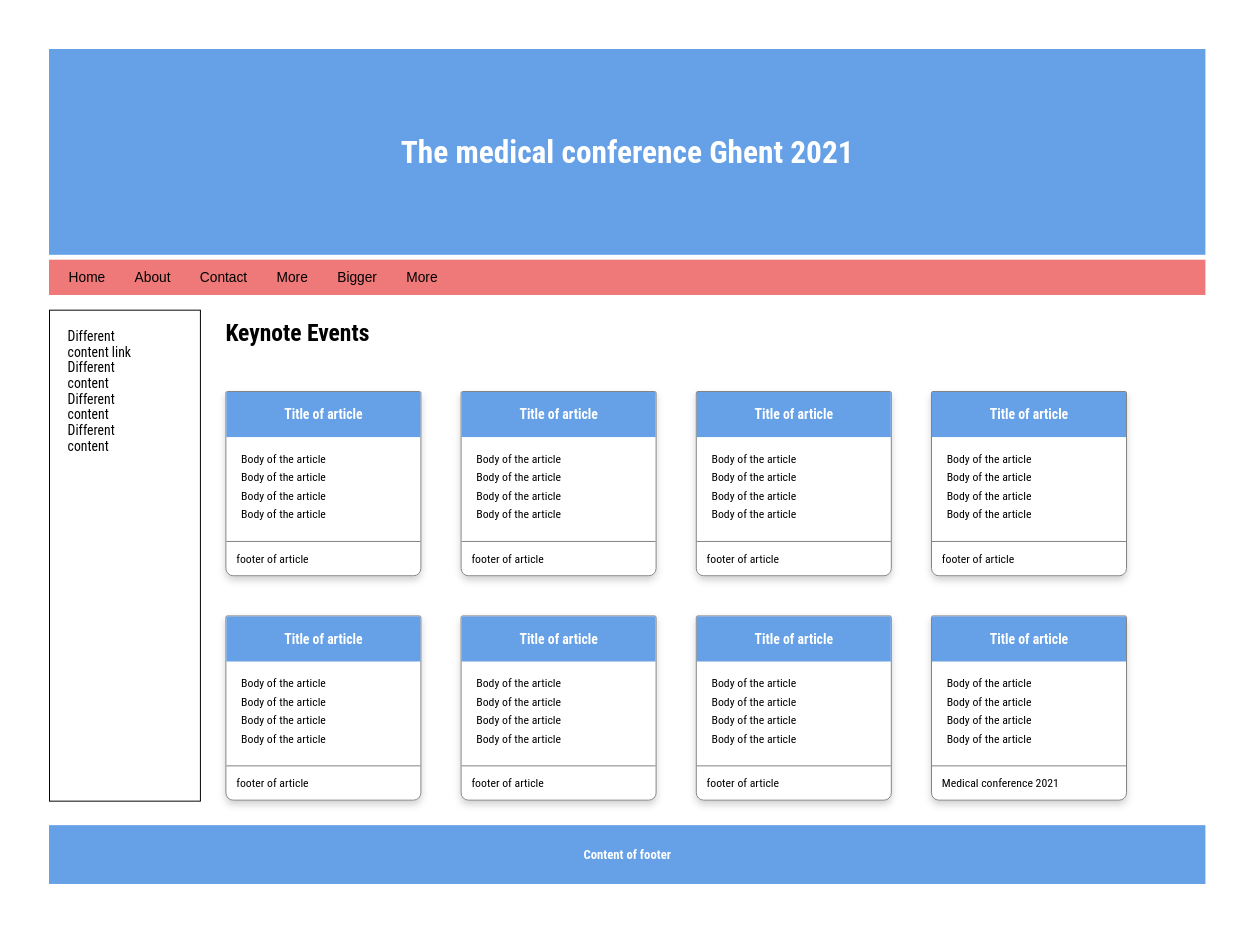
Repository: balderb/freestyle_pp_assessment
Page: index.html
These files come from the project's save history. The page is drawn as it stood at one moment and after the next save; the edit follows.
The browser window is 1280 px wide. The pictures show the whole page, at 98% of full size.

Above is the page before, as saved 2020-12-14 17:42:34.

### index.html
<!DOCTYPE html>
<html>

<head>
  <meta name="viewport" content="width=device-width, initial-scale=1" />
  <title>Medical conference</title>
  <link rel="icon" href="./img/shield.png">
  <link rel="stylesheet" href="css/base.css">
  <link rel="stylesheet" href="css/main.css">
  <!-- Remove this line for offline development: -->
  <link href="https://fonts.googleapis.com/css?family=Ubuntu:300" rel="stylesheet">
</head>

<body>
  <div class="grid">
    <header class="header">
      <h1>The medical conference Ghent 2021</h1>
    </header>
    <nav class="main-nav">
      <ul>
        <li><a href="#">Home</a></li>
        <li><a href="#"> About</a></li>
        <li><a href="#"> Contact</a></li>
        <li><a href="#"> More</a></li>
        <li><a href="#"> Bigger</a></li>
        <li><a href="#"> More</a></li>
      </ul>
    </nav>
    <aside class="sidebar">
      <p>Different</p>
      <p>content link</p>
      <p>Different</p>
      <p>content</p>
      <p>Different</p>
      <p>content</p>
      <p>Different</p>
      <p>content</p>
    </aside>
    <footer class="footer">
      <h4>Content of footer</h4>
    </footer>
    <!-- subgrid/flex html design -->
    <div class="content-title">
      <h2>Keynote Events</h2>
    </div>
    <main class="content">
      <div class="subgrid">
        <div class="card">
          <h3 class="card-title">Title of article</h3>
          <div class="card-body">
            <p class="card-text">Body of the article</p>
            <p class="card-text">Body of the article</p>
            <p class="card-text">Body of the article</p>
            <p class="card-text">Body of the article</p>
          </div>
          <footer class="card-footer">footer of article</footer>
        </div>
        <div class="card">
          <h3 class="card-title">Title of article</h3>
          <div class="card-body">
            <p class="card-text">Body of the article</p>
            <p class="card-text">Body of the article</p>
            <p class="card-text">Body of the article</p>
            <p class="card-text">Body of the article</p>
          </div>
          <footer class="card-footer">footer of article</footer>
        </div>
        <div class="card">
          <h3 class="card-title">Title of article</h3>
          <div class="card-body">
            <p class="card-text">Body of the article</p>
            <p class="card-text">Body of the article</p>
            <p class="card-text">Body of the article</p>
            <p class="card-text">Body of the article</p>
          </div>
          <footer class="card-footer">footer of article</footer>
        </div>
        <div class="card">
          <h3 class="card-title">Title of article</h3>
          <div class="card-body">
            <p class="card-text">Body of the article</p>
            <p class="card-text">Body of the article</p>
            <p class="card-text">Body of the article</p>
            <p class="card-text">Body of the article</p>
          </div>
          <footer class="card-footer">footer of article</footer>
        </div>
        <div class="card">
          <h3 class="card-title">Title of article</h3>
          <div class="card-body">
            <p class="card-text">Body of the article</p>
            <p class="card-text">Body of the article</p>
            <p class="card-text">Body of the article</p>
            <p class="card-text">Body of the article</p>
          </div>
          <footer class="card-footer">footer of article</footer>
        </div>
        <div class="card">
          <h3 class="card-title">Title of article</h3>
          <div class="card-body">
            <p class="card-text">Body of the article</p>
            <p class="card-text">Body of the article</p>
            <p class="card-text">Body of the article</p>
            <p class="card-text">Body of the article</p>
          </div>
          <footer class="card-footer">footer of article</footer>
        </div>

        <div class="card">
          <h3 class="card-title">Title of article</h3>
          <div class="card-body">
            <p class="card-text">Body of the article</p>
            <p class="card-text">Body of the article</p>
            <p class="card-text">Body of the article</p>
            <p class="card-text">Body of the article</p>
          </div>
          <footer class="card-footer">footer of article</footer>
        </div>
        <div class="card">
          <h3 class="card-title">Title of article</h3>
          <div class="card-body">
            <p class="card-text">Body of the article</p>
            <p class="card-text">Body of the article</p>
            <p class="card-text">Body of the article</p>
            <p class="card-text">Body of the article</p>
          </div>
          <footer class="card-footer">Medical conference 2021 </footer>
        </div>
      </div>
  </div> <!-- the closing div of the subgrid -->
  </div>
  </main>
  </div>
</body>

</html>

### css/base.css
a:hover {
    text-decoration: underline;
  }

  .grid>* {
    color: white;
    /* border: 1px solid black; */
    /*margin: 10px;*/
    text-align: center;
  }

### css/main.css
/* Put your code here */

* {
    margin: 0;
    padding: 0;
    color: black;
    box-sizing: border-box;
    font-family: "Roboto Condensed", sans-serif;
}

body {
    margin-top: 0ch;
    padding: 50px;
}

h1 {
    color: white;
}

h2 {
    text-align: left;
}

ul li {
    text-decoration: none;
    list-style: none;
    display: inline-block;
    float: left;
    padding: 10px;
}

a {
    display: block;
    font-size: 14px;
    text-decoration: none;
    font-family: Arial;
    padding-left: 10px;
}

h4 {
    color: white;
}

.grid {
    display: grid;
    /* explicit grid */
    grid-gap: 5px;
    grid: 0.4fr 0.07fr 0.1fr auto 0.1fr / 155px auto;
    grid-template-areas:
        "h h"
        "n n"
        "s t"
        "s c"
        "f f";
    grid-template-rows: auto;
    /* min-height: 100vh; */
}

.header {
    display: flex;
    min-height: 210px;
    justify-content: center;
    align-items: center;
    grid-area: h;
    background-color: #66a0e6;
}

.main-nav {
    grid-area: n;
    padding: 0px;
    background: rgb(239, 121, 121);
}

.content {
    grid-area: c;
    padding: 0px;
}

.sidebar {
    grid-area: s;
    border: 1px solid black;
    padding: 18px;
    margin-top: 10px;
    margin-bottom: 19px;
    text-align: left;
    font-size: 14px;
}

.sidebar {
    grid-area: s;
}

.footer {
    grid-area: f;
    background-color: #66a0e6;
    font-size: 13px;
    min-height: 60px;
    display: flex;
    justify-content: center;
    align-items: center;
}

.content-title {
    grid-area: t;
    padding: 20px;
}

.subgrid {
    display: flex;
    justify-content: left;
    flex-wrap: wrap;
    font-size: 12px;
}

.card {
    border: 1px solid grey;
    padding: 0px;
    margin: 20px;
    font-family: arial;
    border-radius: 2px 2px 8px 8px;
    box-shadow: 0 4px 8px 0 rgba(98, 98, 98, 0.3);
    transition: 0.3s;
    width: 200px;
    height: auto;
    /* min width apply possible */
}

.card-title {
    padding: 15px;
    color: white;
    text-align: center;
    background-color: #66a0e6;
    /* make background image */
}

.card-body {
    padding: 15px;
    text-align: left;
}

.card-text {
    padding-bottom: 5px;
}

.card-footer {
    padding: 10px;
    text-align: left;
    border-top: 1px solid grey;
}

/* MEDIA QUERIES FOR RESPONSIVE DESIGN W/ flex box */
/* responsiveness of the page */

/* for tablet */

@media only screen and (min-width: 768px) and (max-width : 1023px) {
    .grid {
        grid-template-columns: 1fr;
        grid-template-rows: auto auto auto auto auto auto;
        grid-template-areas:
            "h"
            "n"
            "s"
            "t"
            "c"
            "f";
    }

    .subgrid {
        display: flex;
        flex-wrap: wrap;
    }

    .subgrid>.card {
        flex-basis: 30%;
        flex-grow: 1;
    }
}

/* for mobile */

@media only screen and (max-width: 767px) {

    .grid {
        display: grid;
        grid-template-columns: 1fr;
        grid-template-areas:
            "h"
            "n"
            "s"
            "t"
            "c"
            "f";
    }

    .subgrid {
        display: flex;
        flex-wrap: wrap;
    }

    .subgrid>.card {
        flex-basis: 35%;
        flex-grow: 1;
    }
}

After the next save:
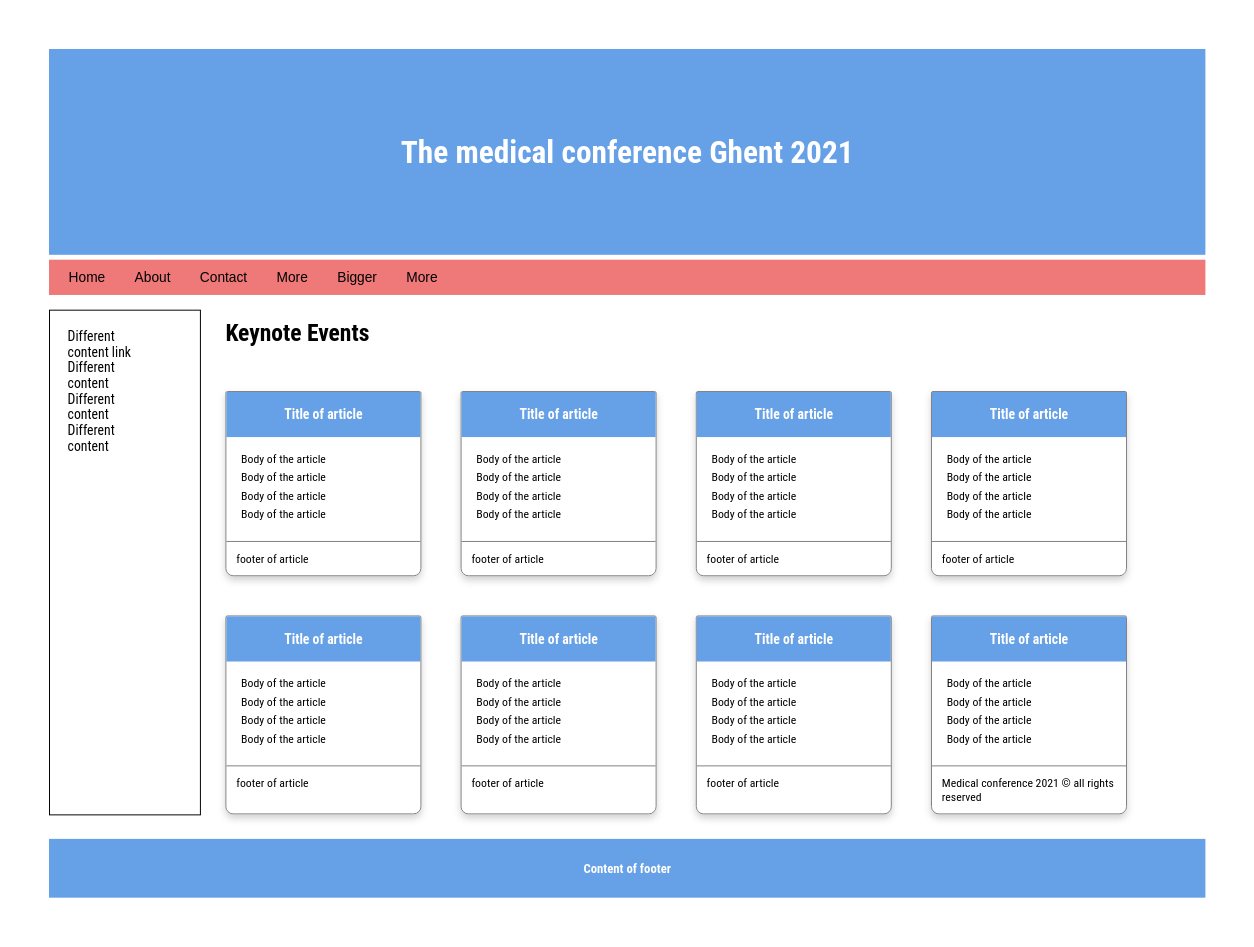
Saved 44 s later.
--- a/index.html
+++ b/index.html
@@ -124,7 +124,7 @@
             <p class="card-text">Body of the article</p>
             <p class="card-text">Body of the article</p>
           </div>
-          <footer class="card-footer">Medical conference 2021 </footer>
+          <footer class="card-footer">Medical conference 2021 &copy all rights reserved </footer>
         </div>
       </div>
   </div> <!-- the closing div of the subgrid -->
